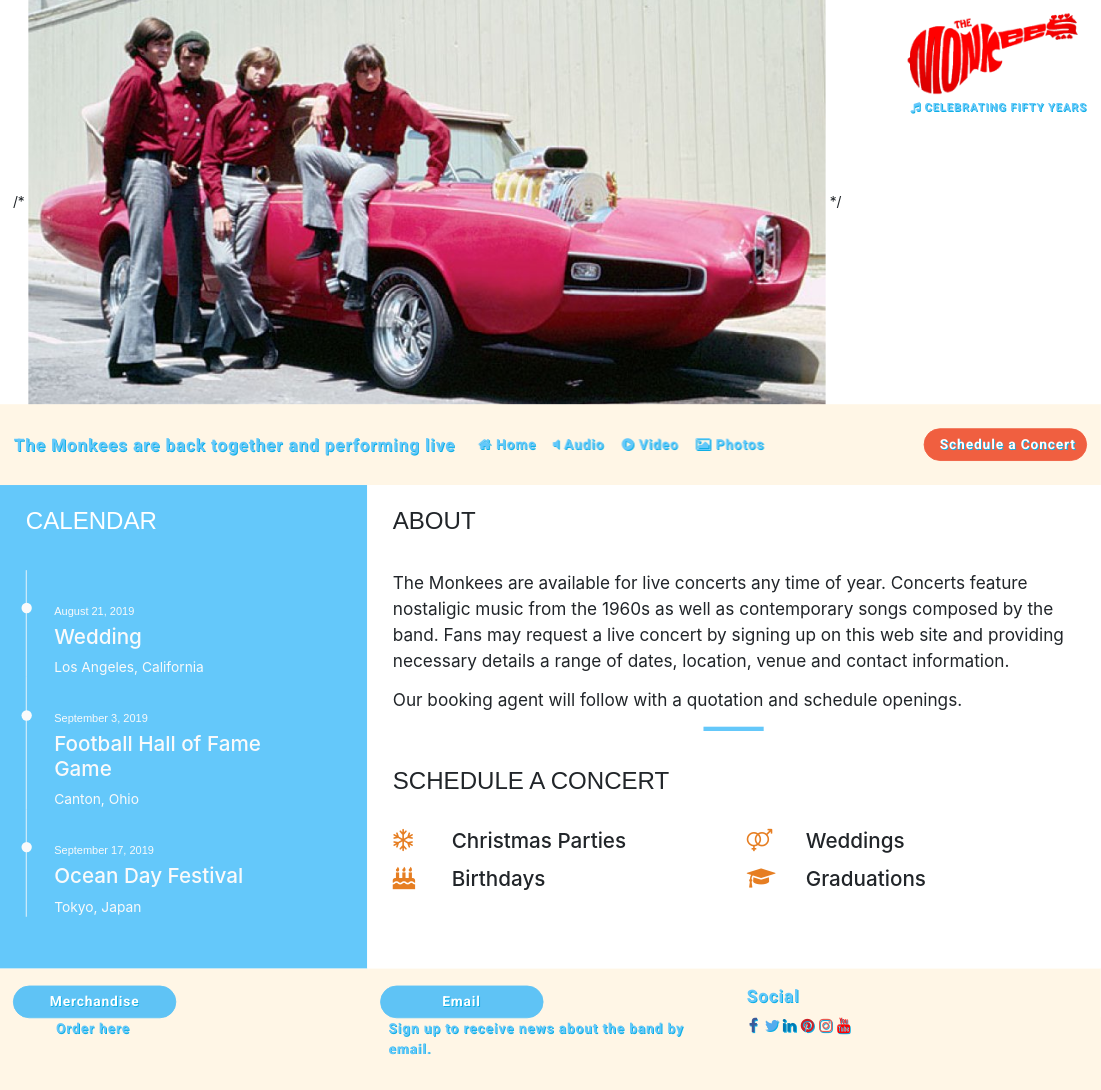
Repository: Code-Institute-Submissions/wpelizzoni-Milestone-Project-1
Page: index.html
The author's editor kept a record of every edit. The page is drawn from the files as they stood at one moment, then again after the next edit.
The browser window is 1280 px wide. The pictures show the whole page, at 86% of full size.

Above is the page before.

After the next edit:
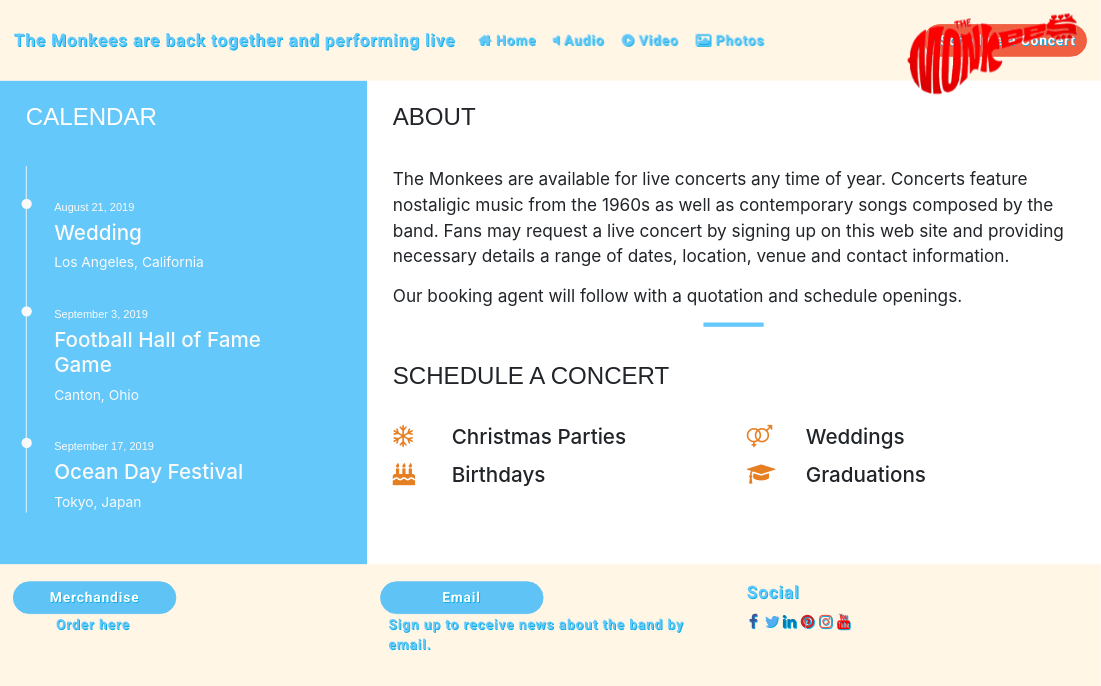
The edit:
--- a/index.html
+++ b/index.html
@@ -18,8 +18,8 @@
         <div class="container-fluid ">
 
             <div class="row no-gutters header-container d-none d-md-block">
-                <div class="col-12 " >
-                    /* <img src="/assets/otherimages/redcar_a.jpg" > */
+                <div class="col-12 ">
+                    <!-- <img src="/assets/otherimages/redcar_a.jpg" > -->
                 </div>
 
                 <span></span>
